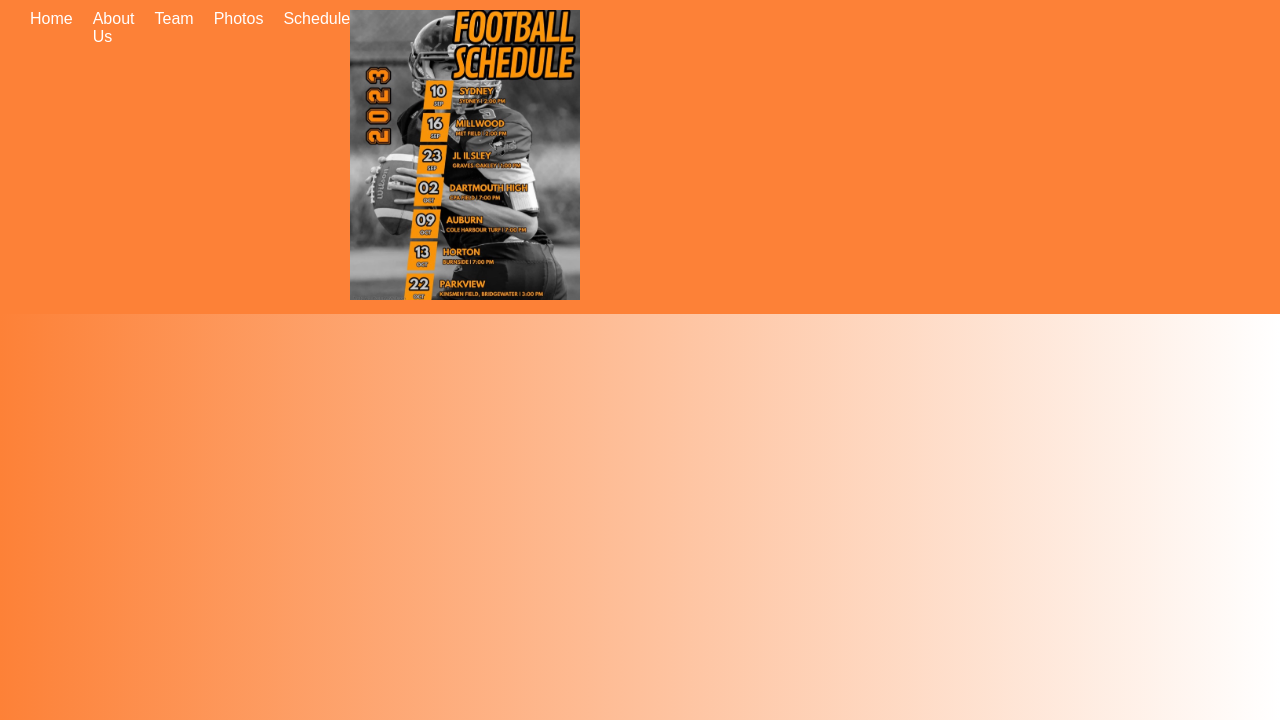
Repository: SHSFootballRepo/Website
Page: public/schedule.html
An editor plug-in stored every save of this project. The page is shown before and after the next save, followed by the edit.
The browser window is 1280 px wide. The pictures show the whole page.

Above is the page before, as saved 2023-08-19 18:44:21.

After the next save:
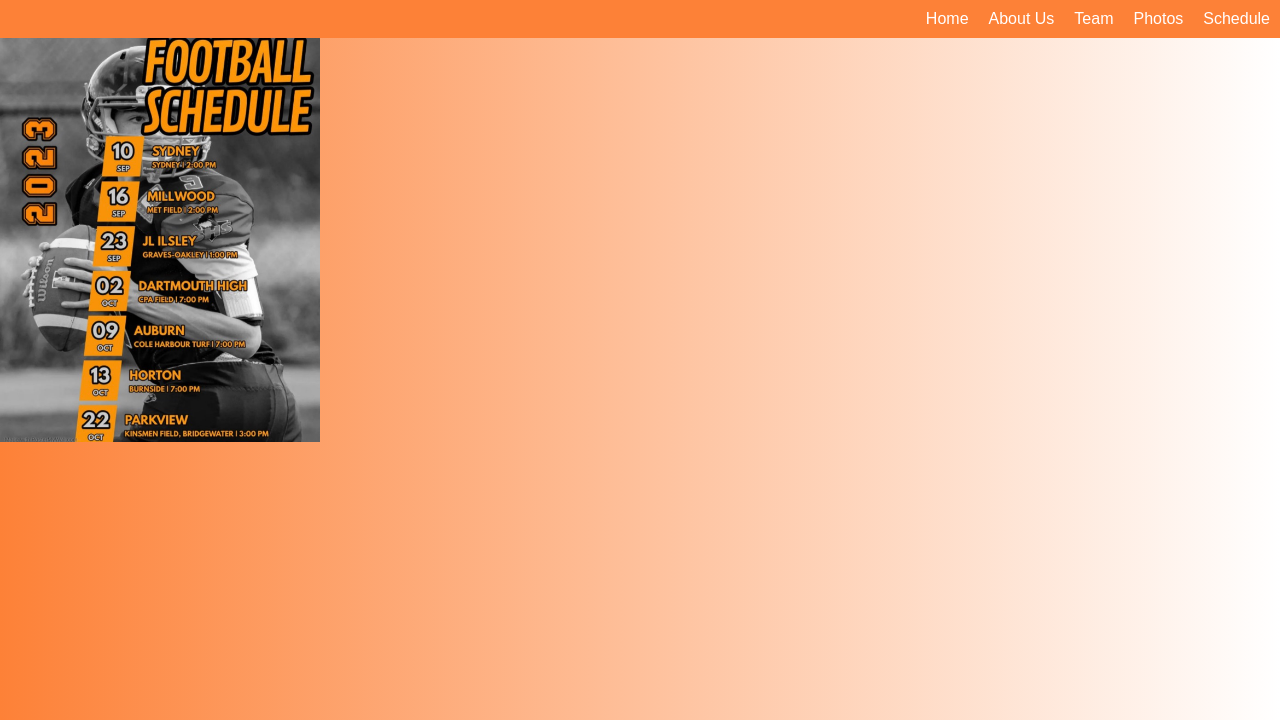
Saved 35 s later.
--- a/public/schedule.html
+++ b/public/schedule.html
@@ -17,8 +17,10 @@
                 <li><a href="/schedule.html">Schedule</a></li>
             </ul>
         </nav>
-        <section class="schedule1">
-            <img src="image0.png" alt="Team Photo">
-        </section>
-    </body>
+
+
     </header>
+    <section class="schedule1">
+        <img src="image0.png" alt="Team Photo">
+    </section>
+</body>
